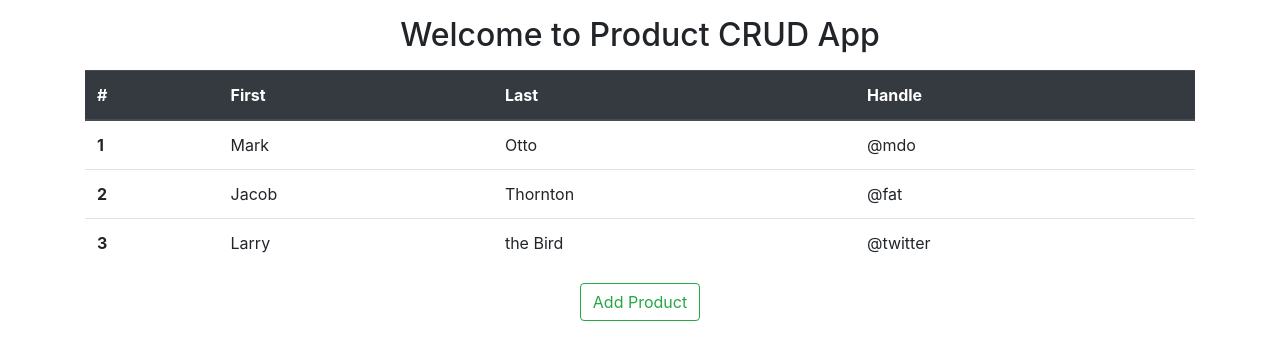
Repository: saroj789/Spring-Practice
Page: http://localhost/productcrudapp/WEB-INF/views/home.jsp
These files come from the project's save history. The page is drawn as it stood at one moment and after the next save; the edit follows.
The browser window is 1280 px wide. The pictures show the whole page.
The page is served by Tomcat 9. Nobody is signed in. The template is opened directly, without the code that normally fills it, so the values that code supplies are empty.

Above is the page before, as saved 2023-07-23 08:36:58.

After the next save:
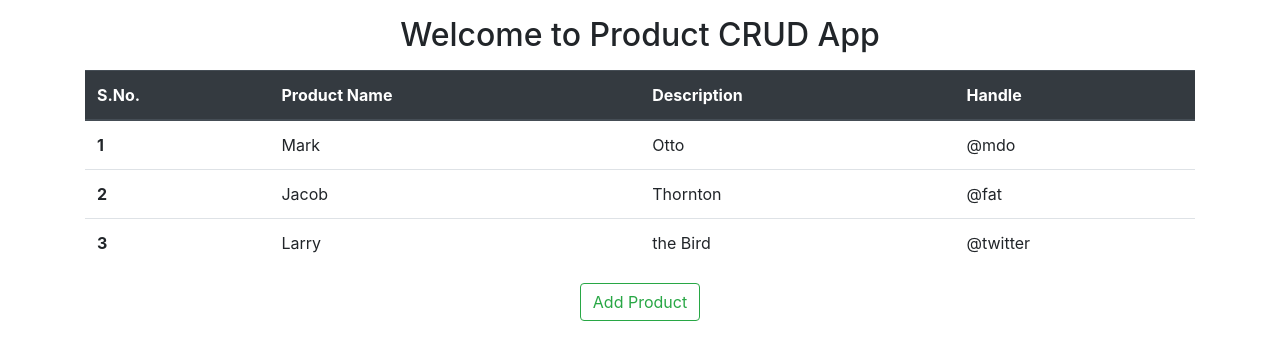
Saved 85 s later.
--- a/productcrudapp/src/main/webapp/WEB-INF/views/home.jsp
+++ b/productcrudapp/src/main/webapp/WEB-INF/views/home.jsp
@@ -15,9 +15,9 @@
 				<table class="table">
 				  <thead class="thead-dark">
 				    <tr>
-				      <th scope="col">#</th>
-				      <th scope="col">First</th>
-				      <th scope="col">Last</th>
+				      <th scope="col">S.No.</th>
+				      <th scope="col">Product Name</th>
+				      <th scope="col">Description</th>
 				      <th scope="col">Handle</th>
 				    </tr>
 				  </thead>
